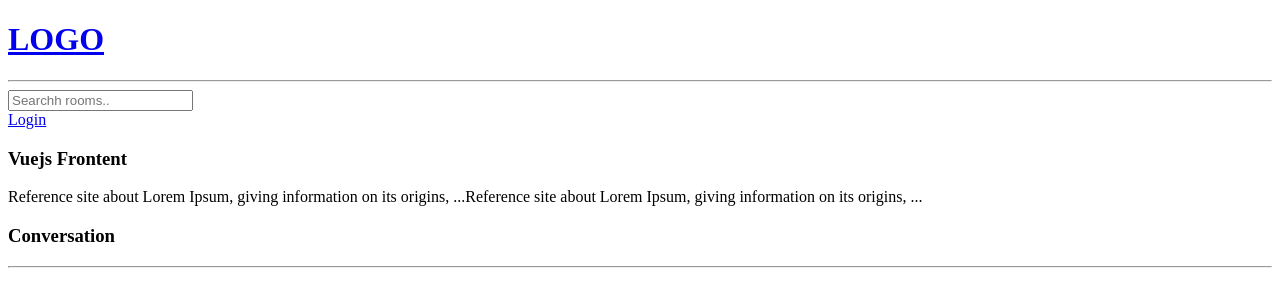
Repository: Dibbya65/Django-Basic
Page: http://localhost/room/13
The author's editor kept a copy of each file at every save. The page is drawn from the files as they stood at one save, then again after a run of saves.
The browser window is 1280 px wide. The pictures show the whole page.
The page is served by the project's application, run on Django 3.2 (manage.py). The page reads the database file committed with the project.

Above is the page before, as saved 2021-11-17 22:16:16.

After the next 6 saves:
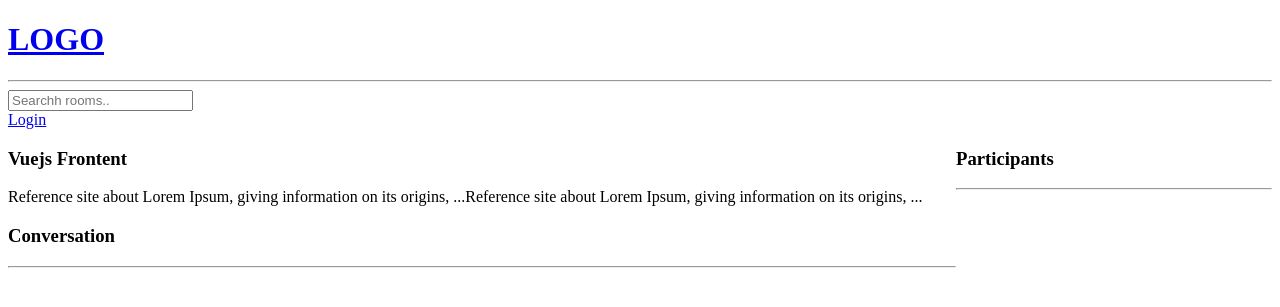
The 6 saves are shown as one change because 5 did not build or start.
The last was saved 10 min 18 s later.
--- a/base/templates/base/single-room.html
+++ b/base/templates/base/single-room.html
@@ -1,29 +1,53 @@
 {% extends 'layouts/master.html' %}
-{% block title %}{{room.name}}{% endblock title %}
+
+{% block title %}
+{{room.name}}
+{% endblock title %}
+
+
 {% block content %}
+<style>
+.room-container{
+  display:grid;
+  grid-template-columns:3fr 1fr;
+}
+</style>
 
-<div>
-<h3>{{ room.name}} </h3>
-<p>{{room.description}}</p>
+<div class="room-container">
+  <div>
+    <h3>{{ room.name}}</h3>
+    <p>{{room.description}}</p>
 
-<div class="comment-wrapper">
-    <h3>Conversation</h3>
-    <hr>
-    {% for room_message in room_messages %}
-    <div>
-        <small>@{{ room_message.user }} ({{room_message.created_at|timesince}} ago)</small>
+    <div class="comment-wrapper">
+      <h3>Conversation</h3>
+      <hr >
+      {% for room_message in room_messages %}
+      <div>
+        <small
+          >@{{ room_message.user }} ({{room_message.created_at|timesince}}
+          ago)</small
+        >
         <p>{{room_message.body}}</p>
-        <hr>
+        <hr >
+      </div>
+      {% endfor %}
     </div>
-    {% endfor %}
-</div>
-{% if request.user.is_authenticated %}
-<div class="comment-form">
-    <form action="" method="POST">
-    {% csrf_token %}
-    <input type="text" name="body" placeholder="write your message here..">
-    </form>
-</div>
-{%endif%}
+    {% if request.user.is_authenticated %}
+    <div class="comment-form">
+      <form action="" method="POST">
+        {% csrf_token %}
+        <input
+          type="text"
+          name="body"
+          placeholder="write your message here.."
+        />
+      </form>
+    </div>
+    {%endif%}
+  </div>
+  <div>
+    <h3>Participants</h3>
+    <hr >
+  </div>
 </div>
 {% endblock content %}
